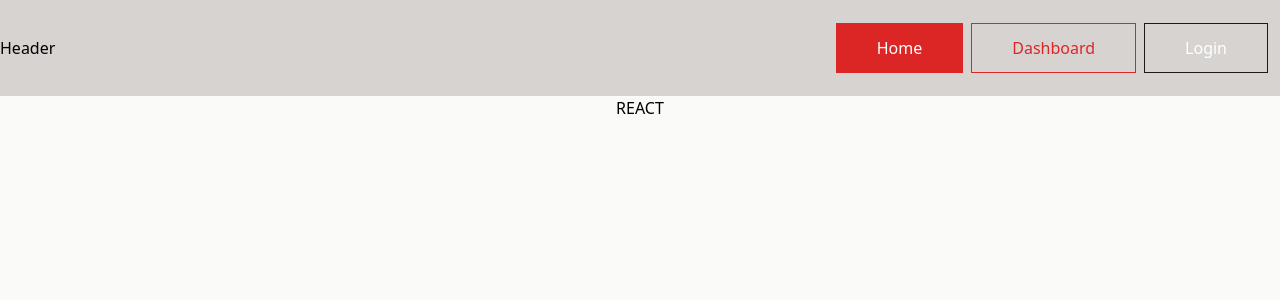
Repository: XavierOtavio/Cuzinhas
Page: /
These files come from the project's save history. The page is drawn as it stood at one moment and after the next save; the edit follows.
The browser window is 1280 px wide. The pictures show the whole page.
The project was rebuilt for these pictures with package versions that can differ from the ones it lists, and the page was loaded fresh each time. Also part of the build but not shown: src/components/Dashboard.js.

Above is the page before, as saved 2023-03-08 12:31:51.

### src/App.js
import { BrowserRouter, Route, Routes } from "react-router-dom";
import logo from "./logo.svg";
import "./App.css";
import Header from "./components/Header";
import Dashboard from "./components/Dashboard";

function App() {
  return (
    <div className="App">
      <Routes>
        <Route
          path="/"
          element={
            <div className="bg-stone-50 h-screen">
              <Header />
              REACT
            </div>
          }
        />
        <Route path="/dashboard" element={<Dashboard />} />
      </Routes>
    </div>
  );
}

export default App;

### src/components/Header.js
import React from "react";
import { Link } from "react-router-dom";

function Header() {
  return (
    <div className="bg-stone-300 h-24 justify-center items-center flex">
      <h1>Header</h1>
      <div className="w-full flex align-baseline justify-end ml-2 mr-3">
        <Link to="/">
          <button class="block border border-red-600 bg-red-600 px-10 py-3 text-white ml-2 font-medium">
            Home
          </button>
        </Link>
        <Link to="/dashboard">
          <button class="block border border-red-600 bg-stone-300 px-10 py-3 text-red-600 ml-2 font-medium">
            Dashboard
          </button>
        </Link>
        <Link to="/login">
          <button class="block border border-stone-900 bg-stone-300 px-10 py-3 text-white ml-2 font-medium">
            Login
          </button>
        </Link>
      </div>
    </div>
  );
}

export default Header;

Loaded but not shown: public/index.html (common file); src/index.js (common file); src/index.css (common file); src/reportWebVitals.js (common file); src/App.css (common file); tailwind.config.js (common file)

After the next save:
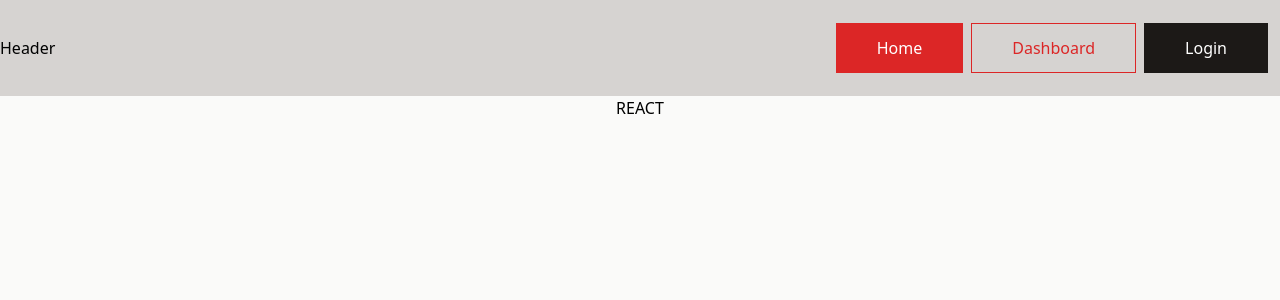
Saved 3 s later.
--- a/src/components/Header.js
+++ b/src/components/Header.js
@@ -17,7 +17,7 @@ function Header() {
           </button>
         </Link>
         <Link to="/login">
-          <button class="block border border-stone-900 bg-stone-300 px-10 py-3 text-white ml-2 font-medium">
+          <button class="block border border-stone-900 bg-stone-900 px-10 py-3 text-white ml-2 font-medium">
             Login
           </button>
         </Link>
